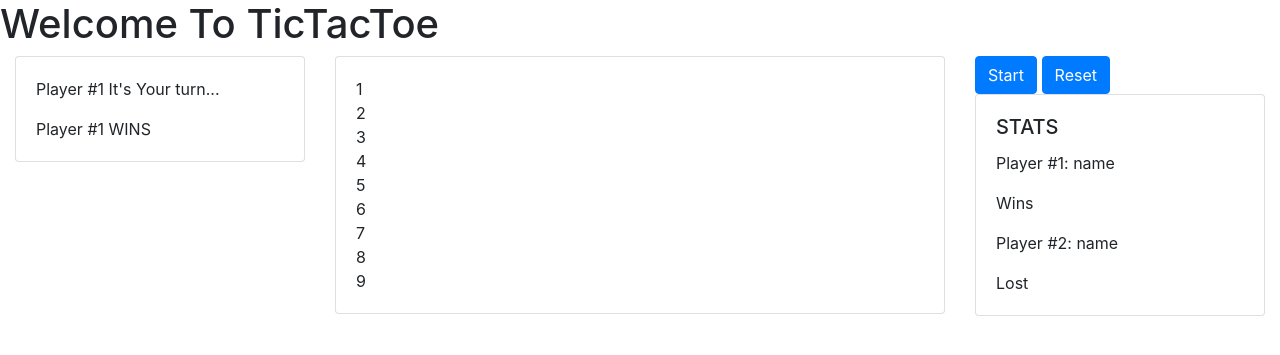
Repository: rOluochKe/JS-TicTacToe
Page: index.html
An editor plug-in stored every save of this project. The page is shown before and after the next save, followed by the edit.
The browser window is 1280 px wide. The pictures show the whole page.
Some web libraries are served in a nearby version.

Above is the page before, as saved 2020-05-27 00:35:14.
Not found: css/reset.css

After the next save:
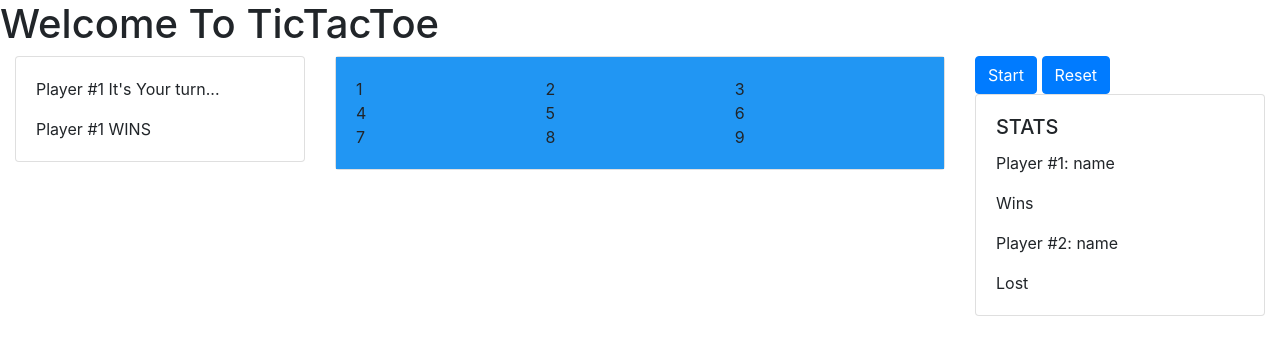
Saved 67 s later.
--- a/css/styles.css
+++ b/css/styles.css
@@ -1,4 +1,6 @@
 .tic-grid {
   display: grid;
-
+  grid-template-columns: auto auto auto;
+  background-color: #2196F3;
+  padding: 10px
 }
